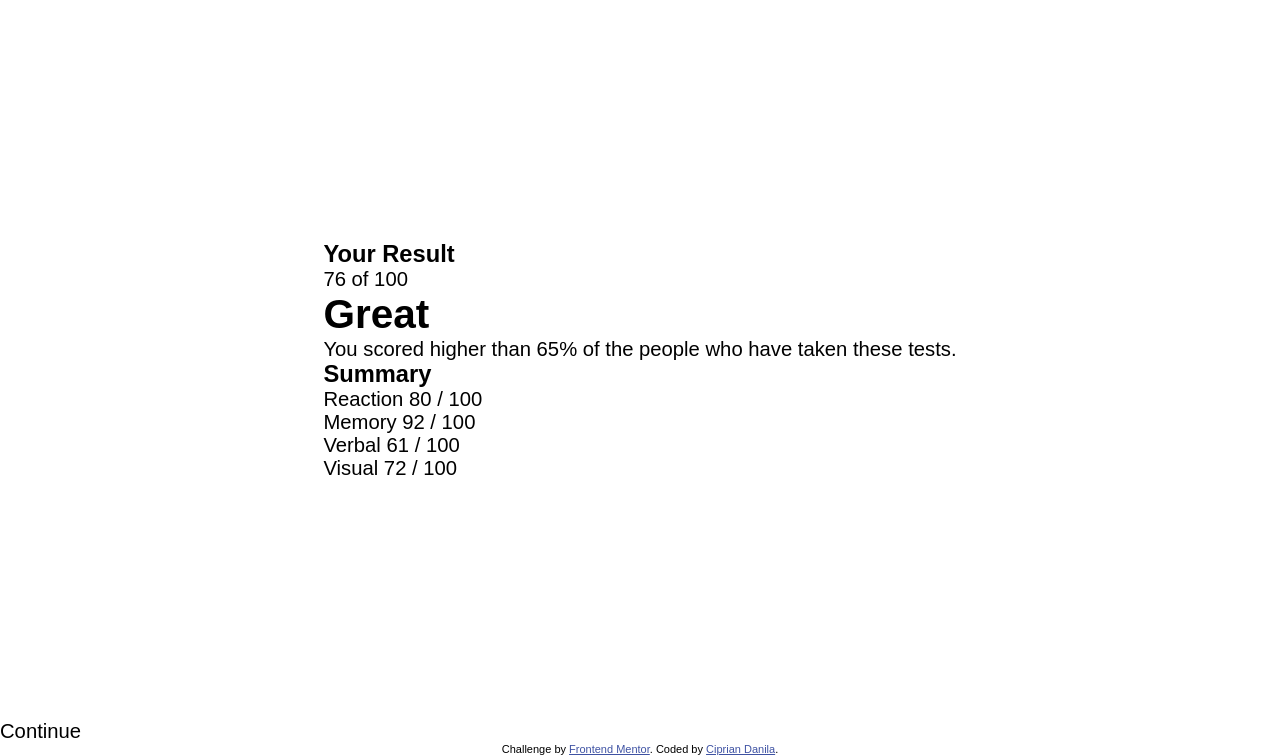
Repository: cipdanila/results-summary-component
Page: index.html
An editor plug-in stored every save of this project. The page is shown before and after the next save, followed by the edit.
The browser window is 1280 px wide. The pictures show the whole page.

Above is the page before, as saved 2024-02-01 20:14:59.

After the next save:
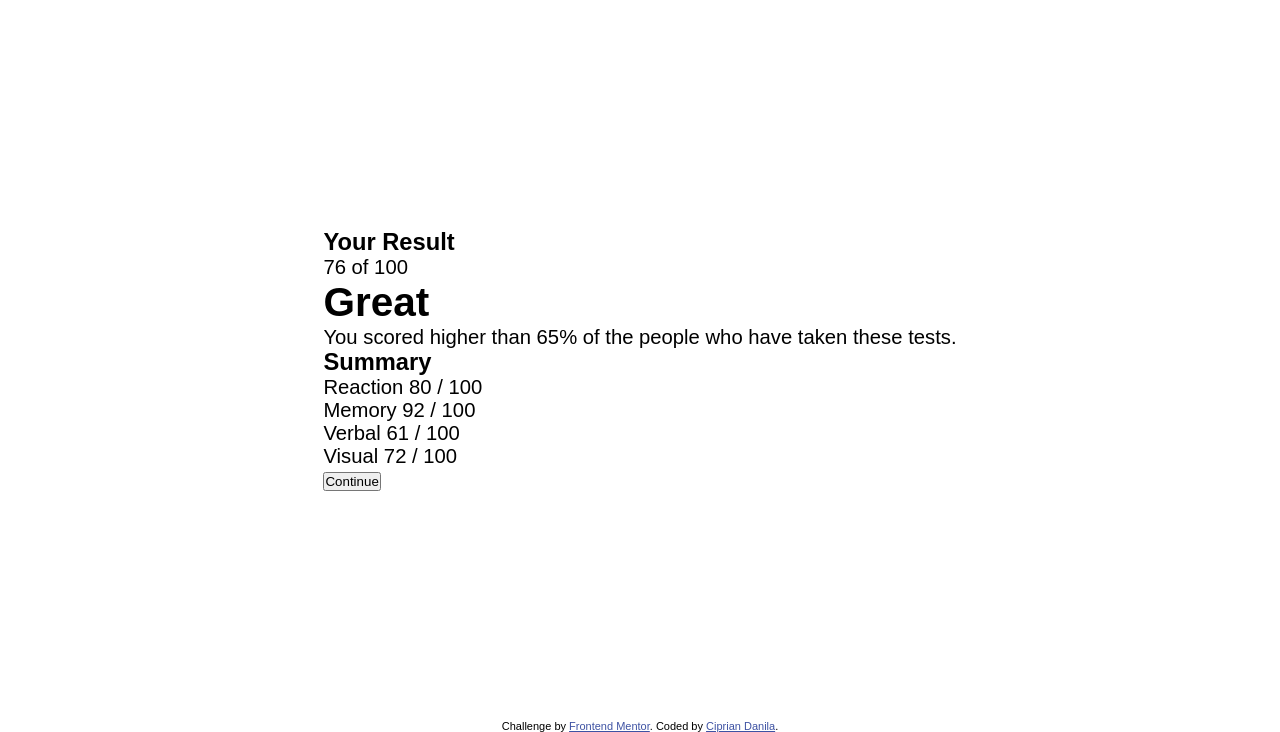
Saved 2 min 42 s later.
--- a/index.html
+++ b/index.html
@@ -31,11 +31,10 @@
           61 / 100</div>
         <div class="visual">Visual
           72 / 100</div>
+        <button type="button">Continue</button>
       </div>
     </div>
   </main>
-
-  Continue
 
   <footer>
     <div class="attribution">
